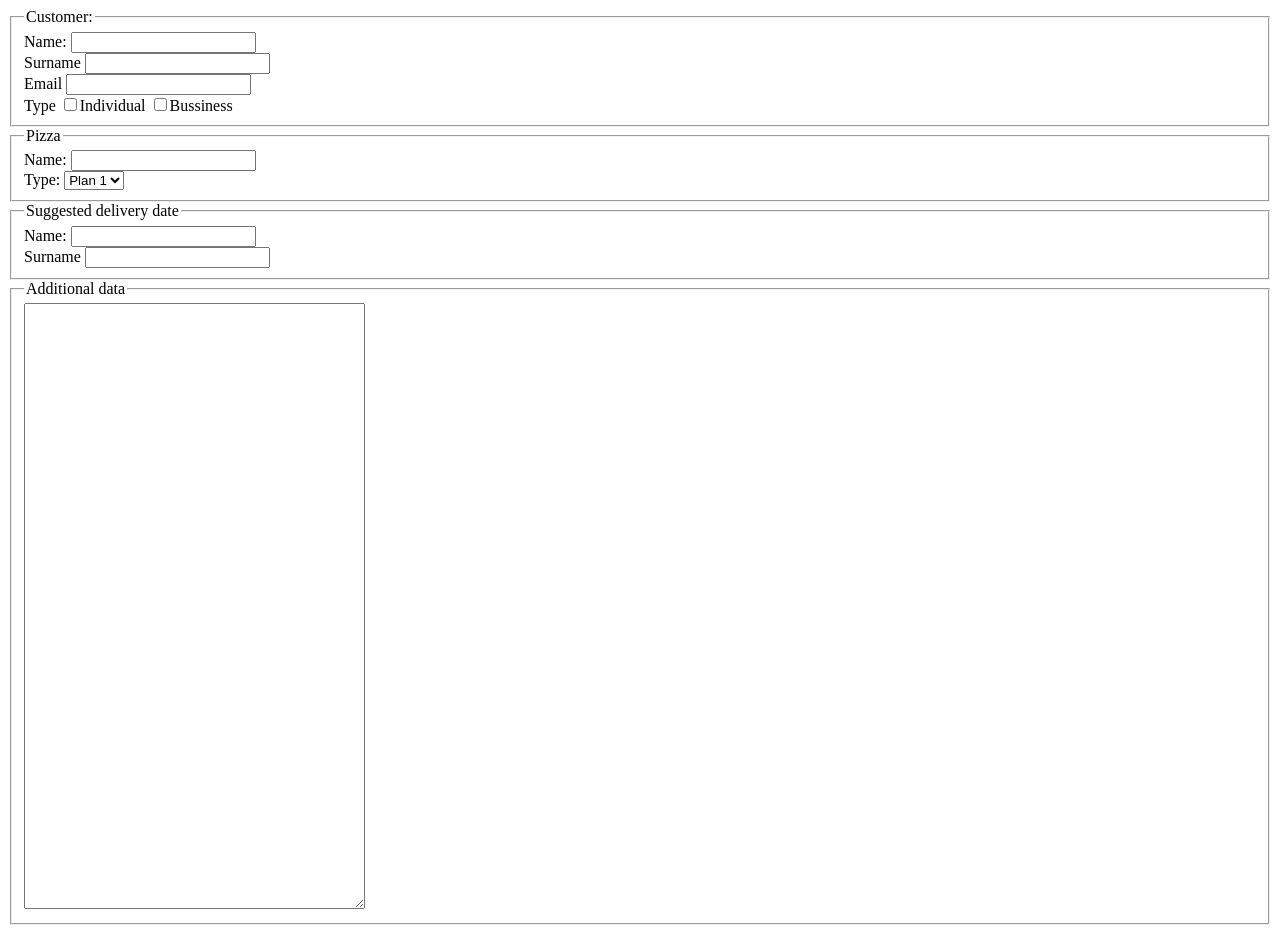
Repository: wisni4k/html-trainee
Page: testWeb/WebContent/Formularz.html
An editor plug-in stored every save of this project. The page is shown before and after the next save, followed by the edit.
The browser window is 1280 px wide. The pictures show the whole page.

Above is the page before, as saved 2015-07-10 11:37:54.

### testWeb/WebContent/Formularz.html
<!DOCTYPE html>
<html>
<head>
<meta charset="UTF-8">
<title>Insert title here</title>
</head>
<body>

	<form>
		<fieldset>
			<legend>Customer:</legend>
			Name: <input type="text"><br> Surname <input type="text"><br>
			Email <input type="text"><br> Type <input
				type="checkbox" name="vehicle" value="Bike">Individual <input
				type="checkbox" name="vehicle" value="Car">Bussiness
		</fieldset>

		<fieldset>
			<legend>Pizza</legend>
			Name: <input type="text"><br> Type: <select
				name="decision">
				<option selected>Plan 1
				<option>Plan 2
				<option>Plan 3
				<option>Plan 4
				<option>Plan 5
			</select>
		</fieldset>
		<fieldset>
			<legend>Suggested delivery date</legend>
			Name: <input type="text"><br> Surname <input type="text"><br>
		</fieldset>
		<fieldset>
			<legend>Additional data</legend>
			<textarea name="nazwa" cols="40" rows="40">

			</textarea>
		</fieldset>
	</form>


</body>
</html>

After the next save:
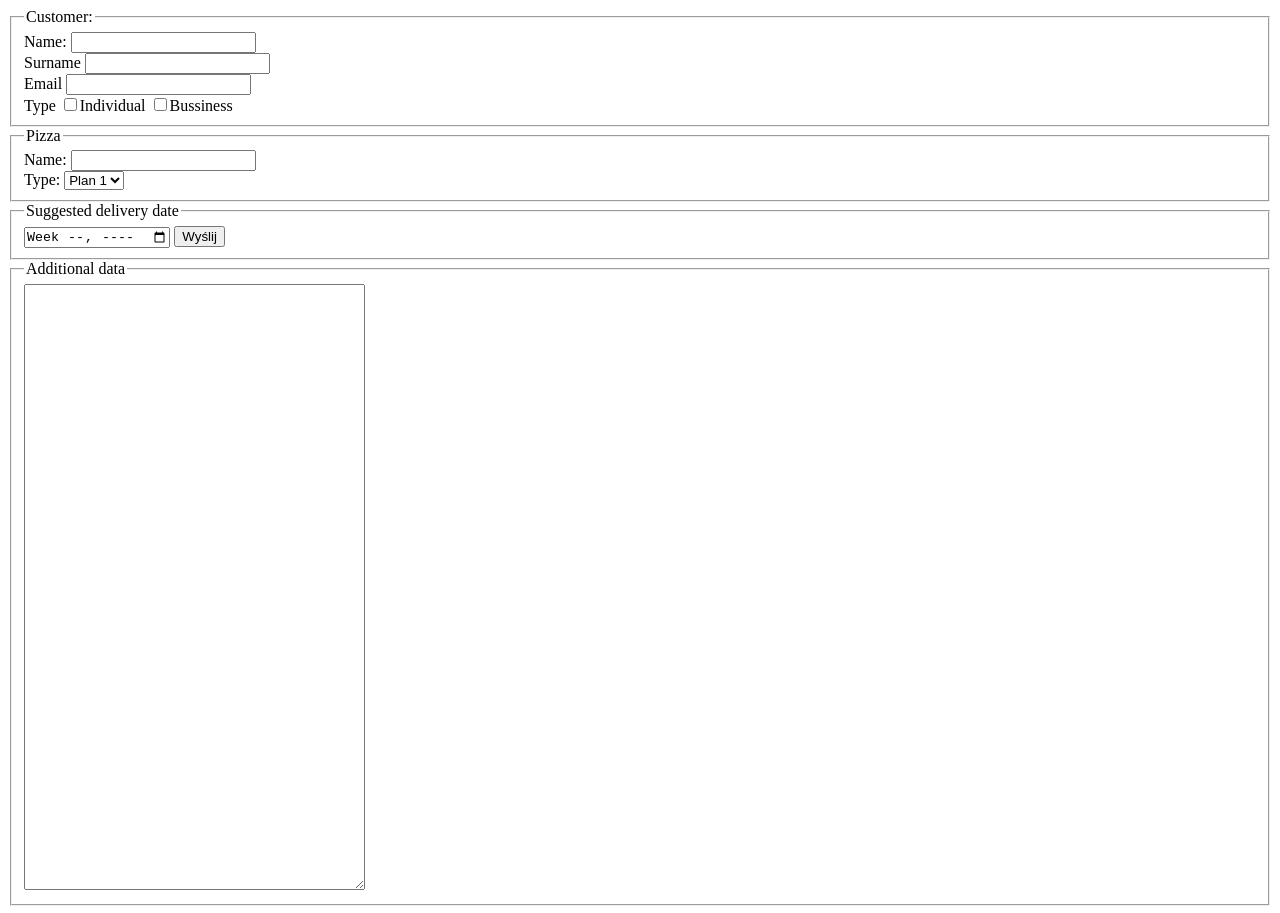
Saved 65 s later.
--- a/testWeb/WebContent/Formularz.html
+++ b/testWeb/WebContent/Formularz.html
@@ -28,7 +28,10 @@
 		</fieldset>
 		<fieldset>
 			<legend>Suggested delivery date</legend>
-			Name: <input type="text"><br> Surname <input type="text"><br>
+			<form>
+				<input name="w" type="week"> <input type="submit"
+					value="Wyślij">
+			</form>
 		</fieldset>
 		<fieldset>
 			<legend>Additional data</legend>
